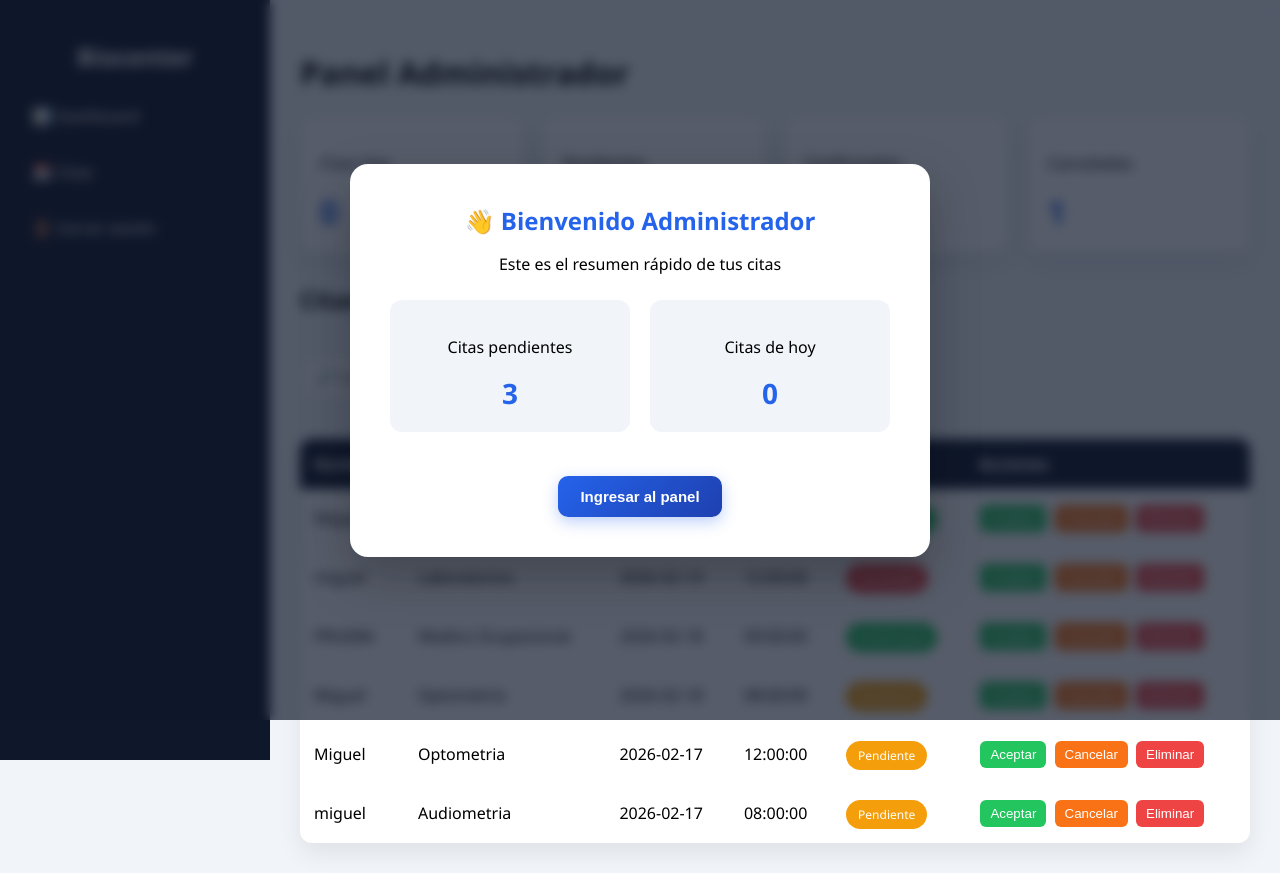
Repository: Miguelperdomo/Biocenter
Page: http://localhost/public_html/PHP/panel.php
An editor plug-in stored every save of this project. The page is shown before and after the next save, followed by the edit.
The browser window is 1280 px wide. The pictures show the whole page.
The page is run by PHP 8.4 with error messages shown; the project is at /var/www/html/. The session is filled in as if someone had signed in: {"admin": {"id": 1, "usuario": "admin", "email": "perdomomiguel2004@gmail.com"}}. Other server files are loaded and not shown. The database holds what the project's SQL file puts in it.

Above is the page before, as saved 2026-02-19 10:57:41.

### PHP/panel.php
<?php
session_start();
require "../conection/conexion.php";

if(!isset($_SESSION['admin'])){
    header("Location: ../login.php");
    exit();
}

/* CONTADORES */
$hoy = date("Y-m-d");

$citasHoy = $conn->query("SELECT COUNT(*) total FROM citas WHERE fecha='$hoy'")->fetch_assoc()['total'];
$pendientes = $conn->query("SELECT COUNT(*) total FROM citas WHERE estado='Pendiente'")->fetch_assoc()['total'];
$confirmadas = $conn->query("SELECT COUNT(*) total FROM citas WHERE estado='Confirmada'")->fetch_assoc()['total'];
$canceladas = $conn->query("SELECT COUNT(*) total FROM citas WHERE estado='Cancelada'")->fetch_assoc()['total'];

$citas = $conn->query("SELECT * FROM citas ORDER BY fecha DESC, hora DESC");
?>

<!DOCTYPE html>
<html lang="es">
<head>
<meta charset="UTF-8">
<meta name="viewport" content="width=device-width, initial-scale=1.0">
<title>Panel Administrador</title>

<style>

/* ===== GENERAL ===== */
body{
    margin:0;
    font-family:'Segoe UI';
    display:flex;
    background:#f1f5f9;
}

/* ===== SIDEBAR ===== */
.sidebar{
    width:230px;
    background:#0f172a;
    height:100vh;
    color:white;
    padding:20px;
}

.sidebar h2{text-align:center;}

.sidebar a{
    display:block;
    color:white;
    text-decoration:none;
    padding:12px;
    margin:10px 0;
    border-radius:8px;
    transition:.3s;
}

.sidebar a:hover{background:#2563eb;}

/* ===== CONTENIDO ===== */
.main{flex:1;padding:30px;}

.cards{
    display:grid;
    grid-template-columns:repeat(auto-fit,minmax(200px,1fr));
    gap:20px;
    margin-bottom:30px;
}

.card{
    background:white;
    padding:20px;
    border-radius:14px;
    box-shadow:0 10px 25px rgba(0,0,0,.08);
}

.card h3{margin:0;font-size:32px;color:#2563eb;}

/* ===== TABLA ===== */
table{
    width:100%;
    border-collapse:collapse;
    background:white;
    border-radius:12px;
    overflow:hidden;
    box-shadow:0 10px 25px rgba(0,0,0,.08);
}

th,td{padding:14px;text-align:left;}
th{background:#0f172a;color:white;}

.estado{
    padding:6px 12px;
    border-radius:20px;
    color:white;
    font-size:12px;
}
.pendiente{background:#f59e0b;}
.confirmada{background:#22c55e;}
.cancelada{background:#ef4444;}

.btn{
    padding:6px 10px;
    border:none;
    border-radius:6px;
    color:white;
    cursor:pointer;
    margin:2px;
}
.accept{background:#22c55e;}
.cancel{background:#f97316;}
.delete{background:#ef4444;}

/* ===== MODAL PREMIUM ===== */
.modal{
    display:none;
    position:fixed;
    inset:0;
    background:rgba(15,23,42,.7);
    backdrop-filter:blur(6px);
    justify-content:center;
    align-items:center;
}

.modal-content{
    background:white;
    border-radius:18px;
    padding:35px;
    width:90%;
    max-width:420px;
    text-align:center;
    box-shadow:0 20px 50px rgba(0,0,0,.25);
}

.modal-icon{font-size:50px;margin-bottom:15px;}

.modal-actions{
    display:flex;
    gap:15px;
    margin-top:20px;
}

.modal-actions button{
    flex:1;
    padding:12px;
    border:none;
    border-radius:10px;
    font-weight:600;
    cursor:pointer;
}

.btn-primary{background:#2563eb;color:white;}
.btn-secondary{background:#e2e8f0;color:#334155;}

/* BUSCADOR PROFESIONAL */

/* BUSCADOR PROFESIONAL IZQUIERDA */

.search-box{
    margin-bottom:20px;
    display:flex;
    justify-content:flex-start; /* 👈 CAMBIO CLAVE */
}

.search-box input{
    width:350px;
    max-width:100%;
    padding:12px 15px;
    border-radius:10px;
    border:1px solid #cbd5e1;
    font-size:15px;
    transition:.3s;
    background:#fff;
}
.search-box{
    margin:20px 0;
}

.search-box input{
    width:100%;
    max-width:400px;
}



.search-box input:focus{
    outline:none;
    border-color:#2563eb;
    box-shadow:0 0 8px rgba(37,99,235,.25);
}

/* CONTENEDOR BUSCADOR + BOTON */

.search-container{
    display:flex;
    align-items:center;
    gap:15px;
    margin:20px 0;
}

/* BOTON NUEVA CITA PREMIUM */

.btn-new{
    background:linear-gradient(135deg,#2563eb,#1e40af);
    color:white;
    border:none;
    padding:12px 22px;
    border-radius:10px;
    font-weight:600;
    cursor:pointer;
    font-size:15px;
    box-shadow:0 5px 15px rgba(37,99,235,.3);
    transition:.3s;
}

.btn-new:hover{
    transform:translateY(-2px);
    box-shadow:0 10px 20px rgba(37,99,235,.4);
}


/* ===== MODAL BIENVENIDA ===== */

.modal-bienvenida{
    display:none;
    position:fixed;
    inset:0;
    background:rgba(15,23,42,.7);
    backdrop-filter:blur(6px);
    justify-content:center;
    align-items:center;
    z-index:999;
}

.bienvenida-box{
    background:white;
    border-radius:18px;
    padding:40px;
    width:90%;
    max-width:500px;
    text-align:center;
    box-shadow:0 20px 50px rgba(0,0,0,.25);
    animation:aparecer .4s ease;
}

.bienvenida-box h2{
    margin:0 0 15px;
    color:#2563eb;
}

.bienvenida-info{
    display:flex;
    gap:20px;
    margin-top:25px;
}

.bienvenida-card{
    flex:1;
    background:#f1f5f9;
    padding:20px;
    border-radius:12px;
}

.bienvenida-card h3{
    margin:0;
    font-size:28px;
    color:#2563eb;
}

@keyframes aparecer{
    from{transform:scale(.8);opacity:0}
    to{transform:scale(1);opacity:1}
}

</style>
</head>

<body>

<div class="sidebar">
<h2>Biocenter</h2>
<a href="panel.php">📊 Dashboard</a>
<a href="#">📅 Citas</a>
<a href="logout.php">🚪 Cerrar sesión</a>
</div>

<div class="main">

<h1>Panel Administrador</h1>

<div class="cards">
<div class="card"><p>Citas Hoy</p><h3><?=$citasHoy?></h3></div>
<div class="card"><p>Pendientes</p><h3><?=$pendientes?></h3></div>
<div class="card"><p>Confirmadas</p><h3><?=$confirmadas?></h3></div>
<div class="card"><p>Canceladas</p><h3><?=$canceladas?></h3></div>
</div>

<h2>Citas agendadas</h2>

<div class="search-container">

    <div class="search-box">
        <input type="text" id="buscarCita" placeholder="🔎 Buscar por nombre, servicio, fecha o estado...">
    </div>

    <button class="btn-new" onclick="nuevaCita()">
        + Nueva Cita
    </button>

</div>


<table>
<tr>
<th>Nombre</th>
<th>Servicio</th>
<th>Fecha</th>
<th>Hora</th>
<th>Estado</th>
<th>Acciones</th>
</tr>

<?php while($row=$citas->fetch_assoc()): ?>

<tr>
<td><?=$row['nombre_completo']?></td>
<td><?=$row['tipo_servicio']?></td>
<td><?=$row['fecha']?></td>
<td><?=$row['hora']?></td>

<td>
<span class="estado
<?= $row['estado']=="Pendiente"?"pendiente":($row['estado']=="Confirmada"?"confirmada":"cancelada") ?>">
<?=$row['estado']?>
</span>
</td>

<td>
<button class="btn accept" onclick="confirmar(<?=$row['id']?>,'confirmar')">Aceptar</button>
<button class="btn cancel" onclick="confirmar(<?=$row['id']?>,'cancelar')">Cancelar</button>
<button class="btn delete" onclick="confirmar(<?=$row['id']?>,'eliminar')">Eliminar</button>
</td>
</tr>

<?php endwhile; ?>
</table>

</div>

<!-- MODAL CONFIRM -->
<div id="modalConfirm" class="modal">
<div class="modal-content">
<div class="modal-icon" id="icono">⚠️</div>
<h2 id="titulo"></h2>
<p id="texto"></p>
<div class="modal-actions">
<button class="btn-primary" onclick="ejecutar()">Confirmar</button>
<button class="btn-secondary" onclick="cerrar()">Cancelar</button>
</div>
</div>
</div>

<form id="formAccion" method="POST" action="accion_cita.php">
<input type="hidden" name="id" id="idCita">
<input type="hidden" name="accion" id="accionCita">
</form>

<!-- MODAL BIENVENIDA -->
<div id="modalBienvenida" class="modal-bienvenida">

    <div class="bienvenida-box">

        <h2>👋 Bienvenido Administrador</h2>
        <p>Este es el resumen rápido de tus citas</p>

        <!-- FECHA Y HORA -->
        <div class="fecha-hora-box">
            <p id="fechaActual"></p>
            <h3 id="horaActual"></h3>
        </div>

        <div class="bienvenida-info">

            <div class="bienvenida-card">
                <p>Citas pendientes</p>
                <h3><?=$pendientes?></h3>
            </div>

            <div class="bienvenida-card">
                <p>Citas de hoy</p>
                <h3><?=$citasHoy?></h3>
            </div>

        </div>

        <br><br>

        <button class="btn-new" onclick="cerrarBienvenida()">Ingresar al panel</button>

    </div>

</div>




<script>

let idActual="";
let accionActual="";

function confirmar(id,accion){

idActual=id;
accionActual=accion;

document.getElementById("modalConfirm").style.display="flex";

if(accion=="confirmar"){
icono.innerHTML="🟢";
titulo.innerText="Confirmar Cita";
texto.innerText="¿Deseas confirmar esta cita médica?";
}

if(accion=="cancelar"){
icono.innerHTML="🟠";
titulo.innerText="Cancelar Cita";
texto.innerText="¿Deseas cancelar esta cita?";
}

if(accion=="eliminar"){
icono.innerHTML="🔴";
titulo.innerText="Eliminar Cita";
texto.innerText="Esta acción no se puede deshacer.";
}
}

function cerrar(){
document.getElementById("modalConfirm").style.display="none";
}

function ejecutar(){
document.getElementById("idCita").value=idActual;
document.getElementById("accionCita").value=accionActual;
document.getElementById("formAccion").submit();
}

</script>

<script>

const buscador = document.getElementById("buscarCita");

buscador.addEventListener("keyup", function(){

    let filtro = buscador.value.toLowerCase();
    let filas = document.querySelectorAll("table tr");

    filas.forEach((fila, index) => {

        if(index === 0) return; // saltar encabezado

        let texto = fila.textContent.toLowerCase();

        if(texto.includes(filtro)){
            fila.style.display = "";
        }else{
            fila.style.display = "none";
        }

    });

});

</script>
<script>

function nuevaCita(){
    window.location.href = "../formulario.php";
}

</script>
<script>

// Mostrar automáticamente al entrar
window.onload = function(){
    document.getElementById("modalBienvenida").style.display="flex";
}

function cerrarBienvenida(){
    document.getElementById("modalBienvenida").style.display="none";
}

</script>


</body>
</html>

### conection/conexion.php
<?php
$host="localhost";
$user="root";
$pass="";
$db="biocenter";

$conn=new mysqli($host,$user,$pass,$db);

if($conn->connect_error){
    die("Error de conexión");
}
?>

### biocenter (2).sql (the tables this page reads)
CREATE TABLE `citas` (
  `id` int(11) NOT NULL,
  `nombre_completo` varchar(150) NOT NULL,
  `email` varchar(120) NOT NULL,
  `telefono` varchar(20) NOT NULL,
  `tipo_servicio` enum('Medico Ocupacional','Optometria','Audiometria','Laboratorios') NOT NULL,
  `tipo_usuario` enum('Persona Natural','Empresa') NOT NULL,
  `fecha` date NOT NULL,
  `hora` time NOT NULL,
  `estado` enum('Pendiente','Confirmada','Cancelada') DEFAULT 'Pendiente',
  `fecha_registro` timestamp NOT NULL DEFAULT current_timestamp(),
  `observaciones` text DEFAULT NULL
) ENGINE=InnoDB DEFAULT CHARSET=utf8mb4 COLLATE=utf8mb4_general_ci;

INSERT INTO `citas` (`id`, `nombre_completo`, `email`, `telefono`, `tipo_servicio`, `tipo_usuario`, `fecha`, `hora`, `estado`, `fecha_registro`, `observaciones`) VALUES
(1, 'Miguel', 'sistemas@gamil.com', '3160539301', 'Optometria', 'Persona Natural', '2026-02-18', '08:00:00', 'Pendiente', '2026-02-17 17:58:15', 'Pruebaaa'),
(2, 'PRUEBA', 'thebugscompile@gmail.com', '3133854821', 'Medico Ocupacional', 'Empresa', '2026-02-18', '09:00:00', 'Confirmada', '2026-02-17 18:01:56', 'Purba'),
(3, 'miguel', 'biocentersaludocupacional@gmail.com', '3123591195', 'Laboratorios', 'Empresa', '2026-02-19', '12:00:00', 'Cancelada', '2026-02-17 18:03:08', 'sdfafaswdfasdf'),
(4, 'Miguel', 'thebugscompile@gmail.com', '3160539301', 'Optometria', 'Empresa', '2026-02-17', '12:00:00', 'Pendiente', '2026-02-17 18:10:38', 'sdds'),
(5, 'miguel', 'biocentersaludocupacional@gmail.com', '3133854821', 'Audiometria', 'Empresa', '2026-02-17', '08:00:00', 'Pendiente', '2026-02-17 18:13:50', 'VJF'),
(6, 'Miguel', 'thebugscompile@gmail.com', '3133854821', 'Audiometria', 'Empresa', '2026-02-24', '12:00:00', 'Confirmada', '2026-02-17 18:19:38', 'prueba');

ALTER TABLE `citas`
  ADD PRIMARY KEY (`id`);

ALTER TABLE `citas`
  MODIFY `id` int(11) NOT NULL AUTO_INCREMENT, AUTO_INCREMENT=8;

After the next save:
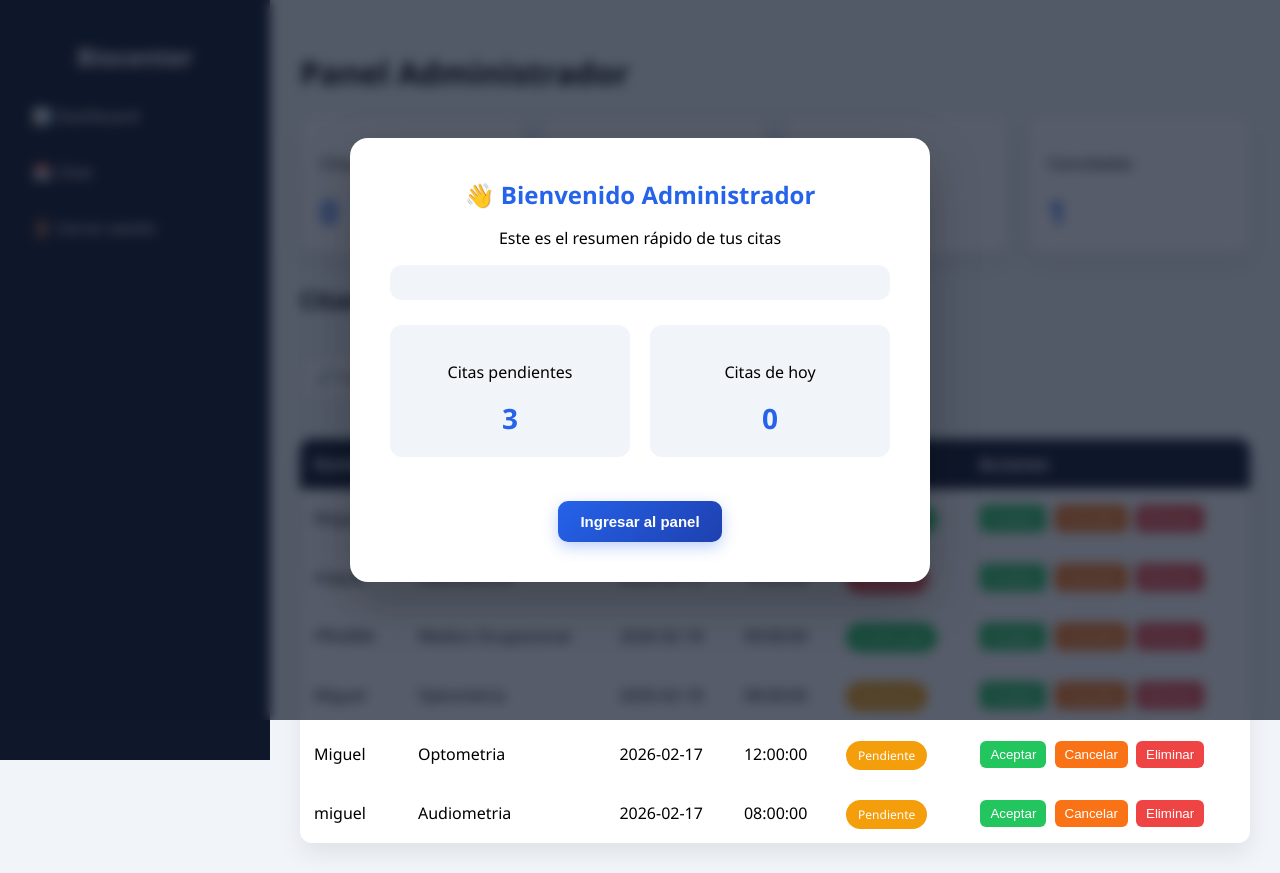
Saved 13 s later.
--- a/PHP/panel.php
+++ b/PHP/panel.php
@@ -268,6 +268,27 @@ th{background:#0f172a;color:white;}
     color:#2563eb;
 }
 
+.fecha-hora-box{
+    background:#f1f5f9;
+    padding:15px;
+    border-radius:12px;
+    margin:15px 0 25px 0;
+    text-align:center;
+}
+
+.fecha-hora-box p{
+    margin:0;
+    font-size:14px;
+    color:#64748b;
+}
+
+.fecha-hora-box h3{
+    margin:5px 0 0 0;
+    font-size:28px;
+    color:#2563eb;
+}
+
+
 @keyframes aparecer{
     from{transform:scale(.8);opacity:0}
     to{transform:scale(1);opacity:1}
